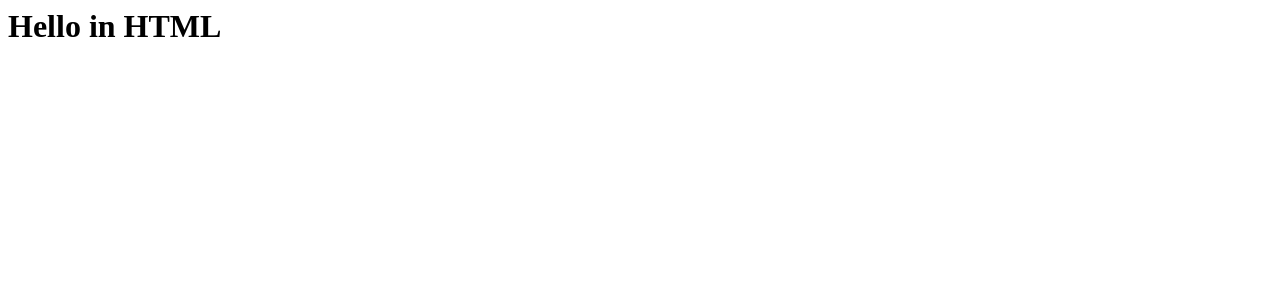
Repository: SurajPawar15-smart/JAVAProjects
Page: http://localhost/JBSimpleServletProject/SimpleServlet
An editor plug-in stored every save of this project. The page is shown before and after the next save, followed by the edit.
The browser window is 1280 px wide. The pictures show the whole page.
The page is served by Tomcat 9.

Above is the page before, as saved 2020-09-29 02:16:32.

After the next save:
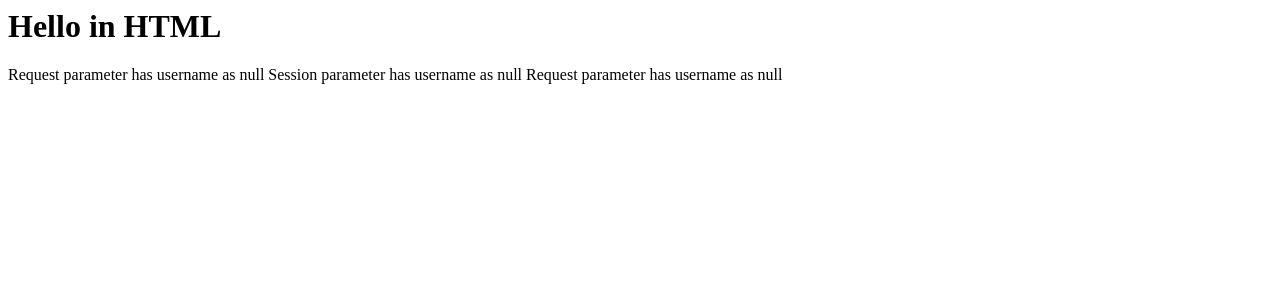
Saved 6 min 5 s later.
--- a/JBSimpleServletProject/src/mypack/SimpleServlet.java
+++ b/JBSimpleServletProject/src/mypack/SimpleServlet.java
@@ -3,6 +3,7 @@ package mypack;
 import java.io.IOException;
 import java.io.PrintWriter;
 
+import javax.servlet.ServletContext;
 import javax.servlet.ServletException;
 import javax.servlet.annotation.WebServlet;
 import javax.servlet.http.HttpServlet;
@@ -29,14 +30,26 @@ public class SimpleServlet extends HttpServlet {
 
 		String username=request.getParameter("username");
 		HttpSession session =request.getSession();
+		ServletContext context=request.getServletContext();
+
+
 		if(username !="" && username!=null){
 			session.setAttribute("SaveUsername", username);
+			context.setAttribute("saveUsername", username);
+		}
 			out.println("Request parameter has username as "+username);
-			out.println("Session parameter has username as "+(String)session.getAttribute(username));
-		}
+			out.println("Session parameter has username as "+(String)session.getAttribute("SaveUsername"));
+			out.println("Request parameter has username as "+(String)session.getAttribute("saveUsername"));
+
 
 	}
 }
 //output:
 //http://localhost:8080/JBSimpleServletProject/
 //Simple Web Application say Hello!!!
+
+
+//or(Httpsession)
+//http://localhost:8080/JBSimpleServletProject/SimpleServlet?username=suraj
+//Hello in HTML
+//Request parameter has username as suraj Session parameter has username as null
